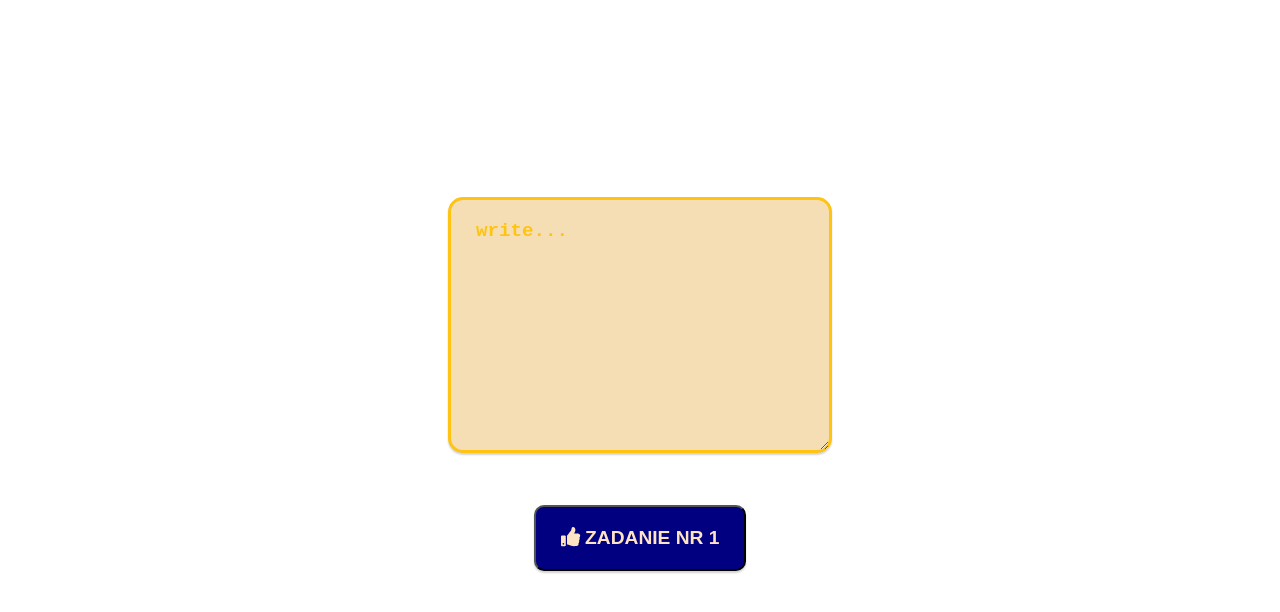
Repository: KrzysKolo/sr_tydzien3_zad_1_2_3
Page: /
These files come from the project's save history. The page is drawn as it stood at one moment and after the next save; the edit follows.
The browser window is 1280 px wide. The pictures show the whole page.
The project was rebuilt for these pictures with package versions that can differ from the ones it lists, and the page was loaded fresh each time.

Above is the page before, as saved 2020-11-02 16:51:23.

### src/App.js
import React,  { Component } from 'react';
import Button from './components/Form/Button';
import Textarea from './components/Form/Textarea';
import { faThumbsUp } from "@fortawesome/free-solid-svg-icons";
import './App.css';

class App extends Component {
  state = {  }

  render() {

    return (
      <div className="app">
        <Textarea  />
        <Button  bgColor="navy" color="bisque" label="Zadanie nr 1" icon={faThumbsUp}/>
      </div>
     );
  }
}

export default App;

### src/components/Form/Button.js
import React from 'react';
import styled from 'styled-components';
import { FontAwesomeIcon } from '@fortawesome/react-fontawesome';
import { faAngellist } from '@fortawesome/free-brands-svg-icons';

const Button = ({label, color, bgColor, icon}) => {
    const Button = styled.button`
    background-color: ${[bgColor]};
    border-radius: 10px;
    box-shadow: 0px 2px 2px lightgray;
    color: ${[color]};
    cursor: pointer;
    font-weight: bold;
    font-size: 1.2rem;
    outline: 0;
    padding: 20px 25px;
    text-transform: uppercase;
    transition: ease background-color, color 0.6s;
    &:hover {
        background-color: ${[color]};
        color: ${[bgColor]};
    }
    `;
    return (

        <div>
            <Button >
                <FontAwesomeIcon icon={icon} /> {label}
            </Button>
        </div>
     );
}
Button.defaultProps = {
    bgColor: "#1B1464",
    color: "#FFC312",
    label: "Click me",
    icon: faAngellist,
}

export default Button;

### src/components/Form/Textarea.js
import React from 'react';
import styled from 'styled-components';


const Textarea = ({value, color, bgColor, borderSize, borderRadius, borderColor}) => {
    const Textarea = styled.textarea`
    background-color: ${bgColor};
    border-radius: ${borderRadius};
    border: ${borderSize} solid ${borderColor};;
    box-shadow: 0px 2px 2px lightgray;
    color: ${color};
    font-weight: bold;
    font-size: 1.2rem;
    height: 20vw;
    margin: 3rem auto;
    outline: 0;
    padding: 20px 25px;
    width: 30vw;
    `;
    return (

        <div>
            <Textarea value={ value }/>
        </div>
     );
}
Textarea.defaultProps = {
    bgColor: "wheat",
    border: "3px red solid",
    borderRadius: "15px",
    color: "#FFC312",
    value: "write...",
    }

export default Textarea;

### src/App.css
* {
  padding: 0;
  margin: 0;
  box-sizing: border-box;
}
.app {
  display: flex;
  flex-direction: column;
  justify-content: center;
  align-items: center;
  height: 100vh;
}

Loaded but not shown: public/index.html (common file); src/index.js (common file); src/index.css (common file)

After the next save:
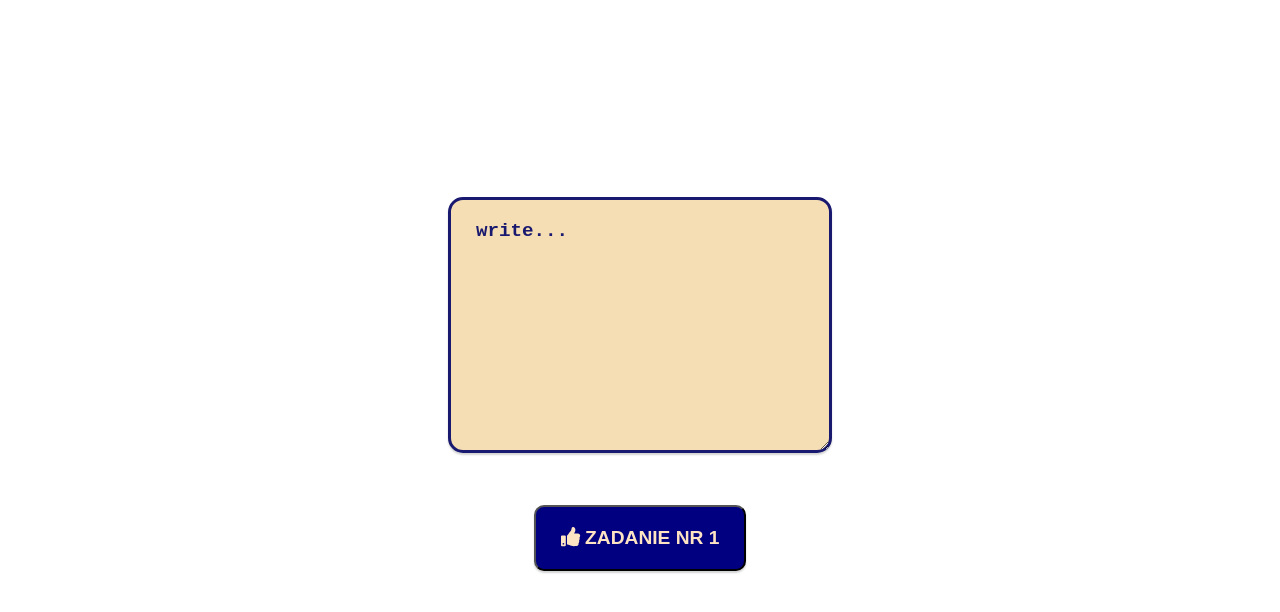
Saved 55 s later.
--- a/src/components/Form/Textarea.js
+++ b/src/components/Form/Textarea.js
@@ -28,7 +28,7 @@ Textarea.defaultProps = {
     bgColor: "wheat",
     border: "3px red solid",
     borderRadius: "15px",
-    color: "#FFC312",
+    color: "midnightblue",
     value: "write...",
     }
 
